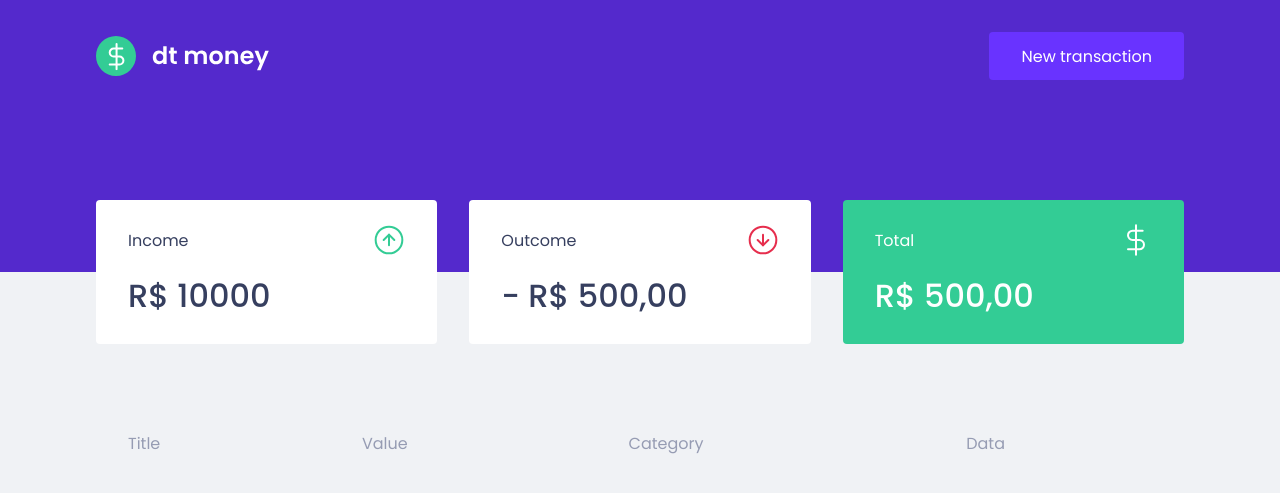
Repository: JoseGu1llardi/dtmoney
Page: /
An editor plug-in stored every save of this project. The page is shown before and after the next save, followed by the edit.
The browser window is 1280 px wide. The pictures show the whole page.
The page's requests for data from a server got no answer. The project was rebuilt for these pictures with package versions that can differ from the ones it lists, and the page was loaded fresh each time. No one was signed in, and anything a server would have sent is missing.

Above is the page before, as saved 2023-01-08 19:48:43.

After the next save:
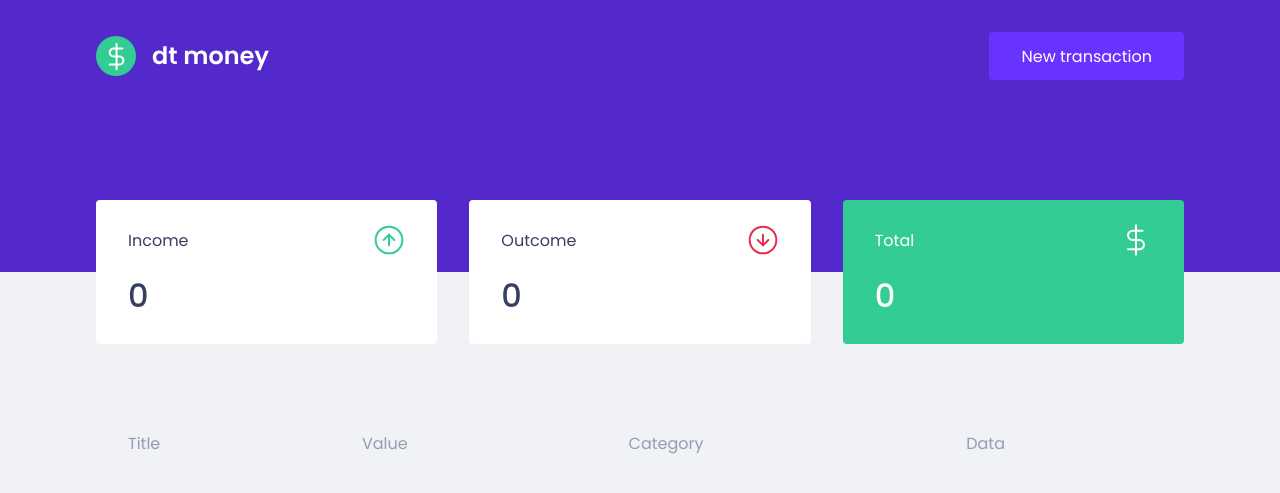
Saved 68 s later.
--- a/src/components/Summary/index.tsx
+++ b/src/components/Summary/index.tsx
@@ -35,7 +35,7 @@ export function Summary() {
                     <p>Income</p>
                     <img src={incomeImg} alt="Logo income" />
                 </header>
-                <strong>R$ 10000</strong>
+                <strong>{summary.deposits}</strong>
             </div>
 
             <div>
@@ -43,7 +43,7 @@ export function Summary() {
                     <p>Outcome</p>
                     <img src={outcomeImg} alt="Logo outcome" />
                 </header>
-                <strong>- R$ 500,00</strong>
+                <strong>{summary.withdraws}</strong>
             </div>
 
             <div className="highlight-background">
@@ -51,7 +51,7 @@ export function Summary() {
                     <p>Total</p>
                     <img src={totalImg} alt="Logo total" />
                 </header>
-                <strong>R$ 500,00</strong>
+                <strong>{summary.total}</strong>
             </div>
         </Container>
     )
